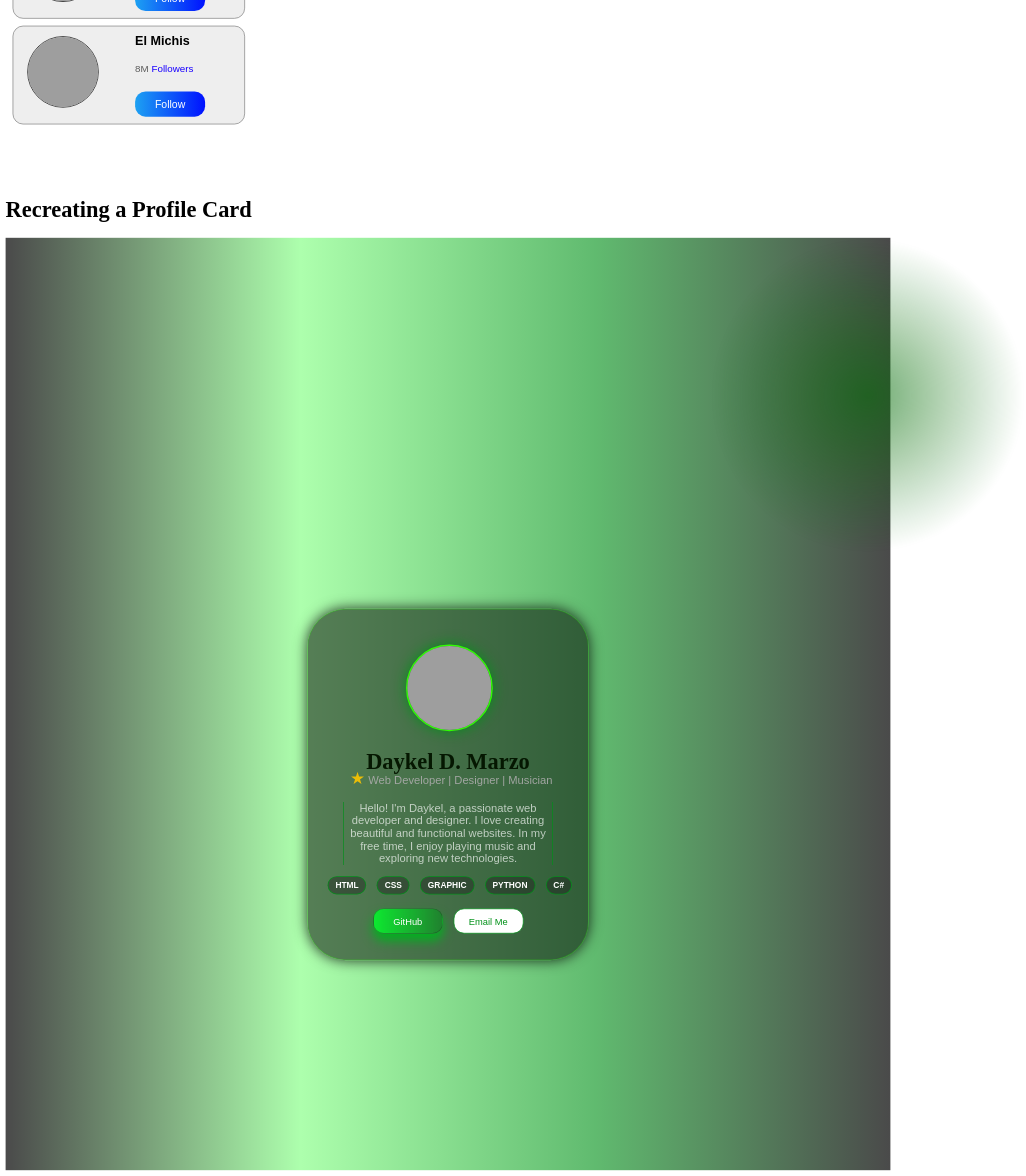
Repository: Yeyolive/WebDev_Collab_2025
Page: Basic_Projects/HTML-CSS course/into-to-html/index.html
These files come from the project's save history. The page is drawn as it stood at one moment and after the next save; the edit follows.
The browser window is 1280 px wide. The page is 1465 px wide, so the pictures cover 1465 px, including what lies to the right of the window. The pictures show the part of the page from y = 3934 to 5614 px (the page is 5614 px tall), at 70% of full size.
Pictures or frames that could not be fetched are drawn as grey boxes.

Above is the page before, as saved 2025-11-26 00:39:26.

### Basic_Projects/HTML-CSS course/into-to-html/index.html
<!DOCTYPE html>
<html lang="en">
  <head>
    <meta charset="UTF-8" />
    <meta http-equiv="X-UA-Compatible" content="IE=edge" />
    <!-- Ensures compatibility with Internet Explorer -->
    <meta name="viewport" content="width=device-width, initial-scale=1.0" />
    <title>HTML-CSS Course</title>
    <link rel="stylesheet" href="styles.css" />
  </head>

  <body>
    <!-- Buttons section-->
    <button class="subscribe">SUBSCRIBE</button>

    <button class="join">JOIN</button>

    <button class="tweet">Tweet</button>
    <br /><br />
    <button class="uber">Request Now</button>

    <button class="Amazon">Add to cart</button>

    <button class="Github">Sign up</button>
    <br /><br />
    <button class="Bootstrap-1">Get started</button>
    <button class="Bootstrap-2">Download</button>

    <button class="Linkedin-1">Apply on company website</button>
    <br /><br />
    <button class="Linkedin-2">Save</button>
    <br /><br /><br />
    <hr />
    <a href="#">Back to Amazon</a>
    <br />
    <h1>Nike Black Running Shoes</h1>
    <p class="price">$39 - in stock.</p>

    <p>Free delivery tomorrow.</p>

    <button class="Amazon-1">Add to cart</button>
    <button class="Amazon-2">Buy now</button>
    <br /><br />
    <hr />
    <!-- Texts section-->
    <p class="video-title">
      Talking Tech and AI with Google CEO Sundar Pichai!
    </p>

    <p class="video-stats">3.4M views &#183; 6 months ago</p>
    <p class="video-author">marques Brownlee &#10003;</p>
    <p class="video-description">
      Lorem ipsum dolor sit amet consectetur adipisicing elit. Distinctio
      sapiente beatae delectus debitis natus architecto amet! Libero facilis
      mollitia, illo, beatae unde non nemo ad commodi repudiandae, qui enim
      dolore.
    </p>
    <br /><br />
    <hr />
    <p class="apple-text">
      Lorem ipsum dolor sit amet consectetur adipisicing elit. Nesciunt,
      impedit. <span class="span-example">Shop Now</span>
    </p>
    <br /><br />
    <hr />
    <!-- Images: CARS SECTION -->
    <div class="car-images">
      <div class="car">
        <img
          src="images/cars/pexels-adrian-dorobantu-989175-2127733.jpg"
          alt="Car 1"
        />
      </div>
      <div class="car">
        <img src="images/cars/pexels-albinberlin-919073.jpg" alt="Car 2" />
      </div>
      <div class="car">
        <img src="images/cars/pexels-avinashpatel-544542.jpg" alt="Car 3" />
      </div>
      <div class="car">
        <img src="images/cars/pexels-cesarperez209-733745.jpg" alt="Car 4" />
      </div>
      <div class="car">
        <img src="images/cars/pexels-hikaique-242125.jpg" alt="Car 5" />
      </div>
      <div class="car">
        <img src="images/cars/pexels-pashal-337909.jpg" alt="Car 7" />
      </div>
      <div class="car">
        <img src="images/cars/pexels-pixabay-248687.jpg" alt="Car 8" />
      </div>
    </div>

    <input class="search-bar" type="text" placeholder="Search" />

    <input
      class="search-bar-2"
      type="text"
      placeholder="Search Google or type a URL"
    />

    <br /><br />
    <hr />
    <!-- Input field -->
    <p class="email-p1">Email</p>
    <input class="email-input" type="email" />

    <p class="email-p2">
      By clicking Agree & Join, you agree to the Privacy Policy.
    </p>

    <button class="agree-and-join">Agree & Join</button>
    <br /><br />
    <hr />
    <!-- Add Friends section-->
    <h1>Practice - Add Friends</h1>
    <br /><br />
    <div class="add-friends">
      <img
        src="images/cars/pexels-adrian-dorobantu-989175-2127733.jpg"
        alt="car1"
      />
      <br />
      <p class="p1">John</p>
      <p class="p2">3 mutual friends</p>
      <button class="add-button">Add Friend</button>
    </div>

    <div class="add-friends">
      <img src="images/cars/pexels-hikaique-242125.jpg" alt="car2" />
      <br />
      <p class="p1">Baker</p>
      <p class="p2">5 mutual friends</p>
      <button class="add-button">Add Friend</button>
    </div>

    <div class="add-friends">
      <img src="images/cars/pexels-pixabay-248687.jpg" alt="car3" />
      <br />
      <p class="p1">Leo</p>
      <p class="p2">4 mutual friends</p>
      <button class="add-button">Add Friend</button>
    </div>
    <br /><br /><br />
    <hr />
    <!-- Vertical layout practice-->
    <h1>Vertical layout Practice</h1>
    <br /><br />
    <div class="profiles">
      <div class="cats-profile">
        <div class="cat1">
          <img
            class="cat-img"
            src="images/pexels-pixabay-69932.jpg"
            alt="cat image"
          />
        </div>
      </div>

      <div class="cat-info">
        <p class="cat-name">Benny</p>
        <p class="cat-popularity"><span>1.7M</span> Followers</p>
        <button class="follow-button">Follow</button>
      </div>
    </div>

    <div class="profiles">
      <div class="cats-profile">
        <div class="cat2">
          <img
            class="cat-img"
            src="https://images.pexels.com/photos/68594/pexels-photo-68594.jpeg"
            alt="cat image"
          />
        </div>
      </div>

      <div class="cat-info">
        <p class="cat-name">Rendi</p>
        <p class="cat-popularity"><span>3.2M</span> Followers</p>
        <button class="follow-button">Follow</button>
      </div>
    </div>

    <div class="profiles">
      <div class="cats-profile">
        <div class="cat3">
          <img
            class="cat-img"
            src="https://images.pexels.com/photos/33537/cat-animal-cat-portrait-mackerel.jpg"
            alt="cat image"
          />
        </div>
      </div>

      <div class="cat-info">
        <p class="cat-name">Mario</p>
        <p class="cat-popularity"><span>10M</span> Followers</p>
        <button class="follow-button">Follow</button>
      </div>
    </div>
    <div class="profiles">
      <div class="cats-profile">
        <div class="cat4">
          <img
            class="cat-img"
            src="https://images.pexels.com/photos/86243/pexels-photo-86243.jpeg"
            alt="cat image"
          />
        </div>
      </div>

      <div class="cat-info">
        <p class="cat-name">Rodolf</p>
        <p class="cat-popularity"><span>4.7M</span> Followers</p>
        <button class="follow-button">Follow</button>
      </div>
    </div>

    <div class="profiles">
      <div class="cats-profile">
        <div class="cat5">
          <img
            class="cat-img"
            src="https://images.pexels.com/photos/302280/pexels-photo-302280.jpeg"
            alt="cat image"
          />
        </div>
      </div>

      <div class="cat-info">
        <p class="cat-name">El Michis</p>
        <p class="cat-popularity"><span>8M</span> Followers</p>
        <button class="follow-button">Follow</button>
      </div>
    </div>
    <br /><br />
    <br /><br />
    <h1>Recreating a Profile Card</h1>
    <!--PROFILE CARD-->
    <div class="profile-card">
      <div class="glow-circle"></div>
      <div class="avatar">
        <img
          class="avatar-pic"
          src="https://images.pexels.com/photos/1681010/pexels-photo-1681010.jpeg"
          alt="profile picture"
        />
        <h1 class="avatar-name">Daykel D. Marzo</h1>
        <p class="avatar-roles">
          <span class="profile-symbols">&#9733;</span>
          Web Developer | Designer | Musician
        </p>
        <p class="avatar-description">
          Hello! I'm Daykel, a passionate web developer and designer. I love
          creating beautiful and functional websites. In my free time, I enjoy
          playing music and exploring new technologies.
        </p>
        <ul class="skill-tags">
          <li><p>HTML</p></li>
          <li><p>CSS</p></li>
          <li><p>Graphic</p></li>
          <li><p>Python</p></li>
          <li><p>C#</p></li>
        </ul>

        <div class="avatar-buttons">
          <button class="button-1">GitHub</button>
          <button class="button-2">Email Me</button>
      </div>
    </div>
  </body>
</html>

### Basic_Projects/HTML-CSS course/into-to-html/styles.css
/* === buttons === */
.subscribe {
  border: none;
  height: 36px;
  background: rgb(200, 0, 0);
  color: white;
  font-size: 15px;
  cursor: pointer;
  margin-right: 10px;
  transition: opacity 0.3s;
}

.subscribe:hover {
  opacity: 0.7;
}

.subscribe:active {
  opacity: 0.6;
}

.join {
  border: 1px solid blue;
  height: 36px;
  width: 74px;
  color: blue;
  font-size: 15px;
  background: white;
  border-radius: 2px;
  cursor: pointer;
  margin-right: 10px;
  transition: background-color 0.4s, color 0.4s;
}

.join:hover {
  background: blue;
  color: white;
}

.join:active {
  opacity: 0.7;
}

.tweet {
  border: none;
  border-radius: 18px;
  height: 36px;
  width: 74px;
  background: #1d9bf0;
  color: white;
  cursor: pointer;
  font-weight: bold;
  font-size: 15px;
  transition: background-color 0.4s, color 0.4s;
}

.tweet:hover {
  box-shadow: 5px 5px 10px rgba(0, 0, 0, 0.414);
}

.uber {
  background: black;
  color: white;
  border: none;
  height: 36px;
  width: 115px;
  cursor: pointer;
  transition: background-color 0.4s, color 0.4s;
}

.uber:hover {
  opacity: 0.7;
}

.Amazon {
  background: rgb(255, 216, 20);
  color: rgb(0, 0, 0);
  border: none;
  border-radius: 18px;
  height: 30px;
  width: 150px;
  margin-left: 10px;
  margin-right: 10px;
  cursor: pointer;
  transition: background-color 0.4s, color 0.4s;
}

.Amazon:hover {
  background: rgb(255, 153, 36);
}

.Github {
  background: rgb(46, 164, 79);
  color: white;
  border: none;
  padding-left: 10px;
  padding-right: 10px;
  padding-top: 10px;
  padding-bottom: 10px;
  margin-left: 10px;
  margin-right: 10px;
  border-radius: 7px;
  font-weight: bold;
  cursor: pointer;
  transition: padding 0.15s, margin 0.15s, background-color 0.4s, color 0.4s;
}

.Github:hover {
  background: rgb(36, 124, 59);
  padding-left: 25px;
  padding-right: 25px;
  margin-left: 0px;
  margin-right: 0px;
}

.Bootstrap-1 {
  background: rgb(121, 82, 179);
  color: white;
  border: none;
  border-radius: 5px;
  height: 36px;
  width: 110px;
  font-weight: bold;
  margin-right: 10px;
  cursor: pointer;
  transition: background-color 0.4s, color 0.4s;
}

.Bootstrap-1:hover {
  background: rgb(51, 26, 88);
}
.Bootstrap-2 {
  background: white;
  color: rgb(108, 117, 125);
  font-weight: bold;
  border: 1px solid rgb(108, 117, 125);
  height: 36px;
  width: 110px;
  border-radius: 5px;
  margin-right: 10px;
  cursor: pointer;
  transition: background-color 0.4s, color 0.4s;
}
.Bootstrap-2:hover {
  background: rgb(108, 117, 125);
  color: white;
  width: 130px;
}

.Linkedin-1 {
  background: rgb(10, 102, 194);
  color: white;
  border: none;
  border-radius: 15px;
  font-weight: bold;
  height: 36px;
  width: 210px;
  cursor: pointer;
  transition: background-color 0.4s, color 0.4s;
}

.Linkedin-1:hover {
  background: rgb(6, 61, 116);
}

.Linkedin-2 {
  background: white;
  color: rgb(10, 102, 194);
  font-weight: bold;
  border: 1px solid rgb(10, 102, 194);
  height: 36px;
  width: 90px;
  border-radius: 15px;
  cursor: pointer;
  font-size: 14px;
  margin-bottom: 50px;
  transition: background-color 0.4s, color 0.4s;
}

.Linkedin-2:hover {
  background: rgba(55, 146, 250, 0.307);
  color: rgb(10, 102, 194);
  border: 1px solid rgb(10, 102, 194);
}

a {
  color: rgb(22, 75, 33);
}

a:hover {
  text-decoration: none;
  color: rgb(30, 255, 0);
}

.Amazon-1 {
  background: rgb(255, 216, 20);
  color: rgb(0, 0, 0);
  border: none;
  border-radius: 18px;
  height: 30px;
  width: 120px;
  cursor: pointer;
  transition: background-color 0.4s, color 0.4s;
}
.Amazon-1:hover {
  background: rgb(255, 153, 36);
  margin-right: 20px;
  border-top-right-radius: 25px;
}

.Amazon-2 {
  background: rgb(255, 153, 36);
  color: rgb(0, 0, 0);
  border: none;
  border-radius: 18px;
  height: 30px;
  width: 120px;
  cursor: pointer;
  transition: background-color 0.4s, color 0.4s;
}
.Amazon-2:hover {
  background: rgb(255, 216, 20);
  margin-left: 20px;
  border-top-left-radius: 25px;
  border-bottom-right-radius: 25px;
  font-style: italic;
}

.price {
  color: green;
  font-weight: bold;
}

/* === video ===== */

p {
  font-family: Arial, Helvetica, sans-serif;
  margin-top: 0;
  margin-bottom: 0;
}
.video-title {
  font-size: 18px;
  font-weight: bold;
  width: 300px;
  line-height: 24px;
  margin-bottom: 5px;
}

.video-stats {
  font-size: 14px;
  color: rgb(96, 96, 96);
  margin-top: 0;
  margin-bottom: 20px;
}

.video-author {
  font-size: 14px;
  color: rgb(96, 96, 96);
  margin-top: 0;
  margin-bottom: 20px;
}

.video-description {
  font-size: 14px;
  color: rgb(96, 96, 96);
  width: 300px;
  line-height: 22px;
  margin-top: 0;
}

.apple-text {
  margin-bottom: 50px;
  font-size: 14px;
  font-weight: bold;
  background-color: rgb(227, 65, 64);
  color: white;
  text-align: center;
  padding: 20px 10px;
}

.span-example {
  color: rgb(255, 255, 255);
  cursor: pointer;
  margin-left: 10px;
  border: 2px solid rgb(255, 255, 255);
  padding: 10px;
  background: linear-gradient(
    to right,
    rgb(0, 0, 0),
    rgb(255, 1, 1),
    rgb(255, 153, 36)
  );
  border-radius: 20px;
}

.span-example:hover {
  opacity: 0.7;
}

.span-example:active {
  opacity: 0.6;
}

/* === images === */

img {
  width: 300px;
  height: 200px;
  border: 2px solid black;
  border-radius: 10px;
  object-fit: cover;
  border-bottom-left-radius: 0px;
  border-bottom-right-radius: 0px;
  border-bottom: 1px solid rgb(55, 6, 250);
}

.search-bar {
  width: 200px;
  height: 30px;
  margin: 20px;
  font-size: 20px;
  padding: 10px 20px;
  border: 1px solid grey;
  border-radius: 10px;
  display: block;
}

.search-bar-2 {
  width: 450px;
  padding: 12px 10px;
  margin-left: 5px;
  font-size: 18px;
  border: none;
  border-radius: 20px;
  box-shadow: 0px 0px 5px rgba(0, 0, 0, 0.2);
  display: block;
}

.search-bar-2:focus {
  outline: none;
  box-shadow: 0px 0px 8px rgba(0, 85, 255, 0.738);
}

.search-bar-2:hover {
  box-shadow: 0px 0px 8px rgba(0, 85, 255, 0.738);
  cursor: pointer;
}

.email-p1 {
  color: rgb(56, 55, 55);
}

.email-p2 {
  color: rgb(56, 55, 55);
  width: 405px;
  font-size: 15px;
}

.email-input {
  width: 350px;
  border: 1.5px solid black;
  border-radius: 5px;
  padding: 10px;
  cursor: pointer;
}

.email-input:focus {
  outline: none;
  box-shadow: 0px 0px 8px rgba(0, 85, 255, 0.738);
}

.agree-and-join {
  padding: 15px 60px;
  width: 20%;
  font-size: 20px;
  color: white;
  border: none;
  border-radius: 25px;
  background-color: rgb(10, 102, 194);
  cursor: pointer;
  transition: background-color 0.4s, color 0.4s;
}

.agree-and-join:hover {
  background: rgb(6, 61, 116);
}

.add-friends {
  display: inline-block;
  margin: 10px;
  padding: 0px 0px 15px 0px;
  background: linear-gradient(to right, #b9b9b9, #ffffff, #d0d0d0);
  box-shadow: 5px 5px 10px rgba(74, 76, 74, 0.612);
  font-size: 18px;
  border: 1px solid black;
  border-radius: 10px;
}

.add-friends:hover {
  transform: translateY(-5px);
  transition: box-shadow 0.3s ease, transform 0.3s ease;
}

.add-friends .p1 {
  font-size: 20px;
  color: rgb(0, 123, 255);
  font-weight: bold;
  padding-left: 10px;
  text-align: center;
}

.add-friends .p2 {
  font-size: 20px;
  color: rgb(0, 0, 0);
  font-weight: bold;
  padding-left: 10px;
  text-align: center;
}

.add-button {
  background: rgb(0, 123, 255);
  color: white;
  border: none;
  border-radius: 15px;
  margin-left: 80px;
  height: 36px;
  width: 150px;
  cursor: pointer;
  transition: background-color 0.4s, color 0.4s;
}

.add-button:hover {
  background: rgb(0, 82, 178);
}

.cats-profile {
  display: inline-block;
  width: 50px;
}
.cat-info {
  display: inline-block;
  width: 100px;
}

.cat-img {
  border-radius: 100%;
  border: 1px solid black;
  width: 100px;
  height: 100px;
  object-fit: cover;
}

.cat-img:hover {
  box-shadow: 5px 5px 10px rgba(13, 0, 255, 0.416);
  cursor: pointer;
}
.cat-name {
  font-size: 18px;
  width: 150px;
  font-weight: bolder;
  display: inline-block;
  padding-left: 100px;
  margin-bottom: 20px;
}

.cat-popularity {
  font-size: 14px;
  color: rgb(25, 0, 255);
  width: 150px;
  display: inline-block;
  padding-bottom: 5px;
  padding-left: 100px;
  margin-bottom: 20px;
}

.follow-button {
  background: linear-gradient(to right, #1da1f2, #0011ff);
  color: white;
  border: none;
  font-size: 15px;
  border-radius: 15px;
  margin-left: 100px;
  height: 36px;
  width: 100px;
  cursor: pointer;
  transition: background-color 0.4s, color 0.4s;
}

.follow-button:hover {
  background: linear-gradient(to right, #0873b5, #01019c);
}

.follow-button:active {
  opacity: 0.7;
}

.profiles {
  background: rgba(158, 158, 158, 0.175);
  padding: 10px 60px 10px 20px;
  width: 250px;
  border: 1px solid grey;
  border-radius: 15px;
  display: block;
  margin: 10px;
}

span {
  color: rgb(92, 92, 92);
}

/* === Simple Profile Card Styles === */
/* Container for the profile card */
.glow-circle {
  position: relative;
  width: 450px;
  height: 450px;
  background: radial-gradient(circle, rgba(1, 108, 3, 0.567), transparent 70%);
  filter: blur(2px);
  top: -300px;
  left: 600px;
  pointer-events: none;
}
.profile-card {
  background: linear-gradient(
    to right,
    rgba(0, 0, 0, 0.711),
    rgba(0, 255, 0, 0.323),
    rgba(0, 145, 24, 0.623),
    rgba(0, 0, 0, 0.711)
  );
  padding: 300px;
  display: grid;
  place-items: center;
}

.avatar {
  padding: 50px;
  margin-top: -220px;
  background: rgba(0, 0, 0, 0.5);
  width: 300px;
  height: 400px;
  border-radius: 55px;
  border: 1px solid rgba(43, 255, 0, 0.31);
  box-shadow: 0px 0px 20px rgba(0, 0, 0, 0.8);
}

.avatar-pic {
  border-radius: 50%;
  width: 120px;
  height: 120px;
  object-fit: cover;
  margin-left: 90px;
  border: 2px solid rgb(47, 255, 0);
  box-shadow: 0px 0px 20px rgba(0, 145, 24, 0.921);
}

.avatar-roles {
  margin-top: -30px;
  margin-bottom: 20px;
  color: rgba(170, 170, 170, 0.921);
}

.avatar-name {
  font-size: 32px;
  font-weight: bold;
  color: rgb(5, 23, 1);
  text-align: center;
}

.avatar-description {
  text-align: center;
  color: rgba(255, 255, 255, 0.673);
  border-left: 1px solid rgba(0, 145, 24, 0.921);
  border-right: 1px solid rgba(0, 145, 24, 0.921);
}

.profile-symbols {
  margin-left: 10px;
  color: rgba(249, 195, 0, 0.921);
  font-size: 24px;
}

.skill-tags {
  display: flex;
  gap: 10px;
  list-style: none;
  margin-right: 10px;
  justify-content: center;
  padding-right: 20px;
}

.skill-tags li {
  background: rgba(30, 30, 30, 0.422);
  border: 1px solid rgba(0, 145, 24, 0.921);
  color: white;
  font-size: 12px;
  padding: 5px 10px;
  text-align: center;
  border-radius: 20px;
  text-transform: uppercase;
  font-weight: bold;
  display: inline-block;
  justify-content: center;
  margin-right: 5px;
}

.button-1 {
  background: linear-gradient(
    to right,
    rgba(0, 255, 42, 0.836),
    rgba(0, 145, 24, 0.521)
  );
  color: white;
  border: 1px solid rgba(28, 28, 28, 0.308);
  border-radius: 15px;
  height: 36px;
  width: 100px;
  cursor: pointer;
  transition: background-color 0.4s, color 0.4s;
  box-shadow: 0px 10px 15px rgb(0, 178, 30);
}

.button-1:hover {
  background: linear-gradient(
    to right,
    rgba(0, 145, 24, 0.836),
    rgba(0, 255, 42, 0.521)
  );
}

.button-1:active {
  opacity: 0.7;
}

.button-2 {
  background: white;
  color: rgb(0, 145, 24);
  border: 1px solid rgb(0, 145, 24);
  border-radius: 15px;
  height: 36px;
  width: 100px;
  cursor: pointer;
  transition: background-color 0.4s, color 0.4s;
}
.button-2:hover {
  background: rgba(0, 145, 24, 0.1);
}
.button-2:active {
  opacity: 0.7;
}

.avatar-buttons {
  display: flex;
  gap: 15px;
  justify-content: center;
  margin-top: 20px;
}

After the next save:
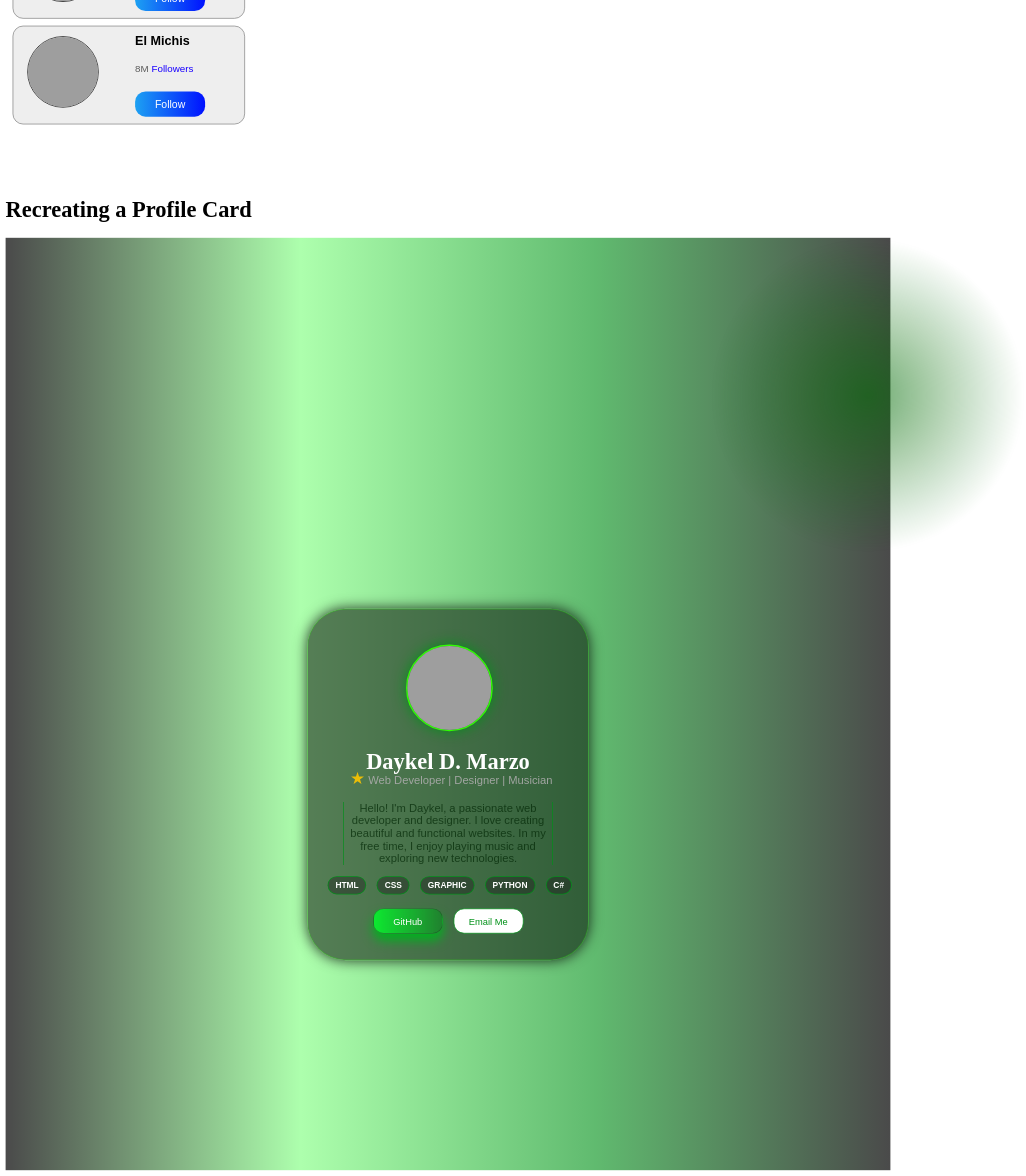
Saved 12 s later.
--- a/Basic_Projects/HTML-CSS course/into-to-html/styles.css
+++ b/Basic_Projects/HTML-CSS course/into-to-html/styles.css
@@ -562,13 +562,13 @@ span {
 .avatar-name {
   font-size: 32px;
   font-weight: bold;
-  color: rgb(5, 23, 1);
+  color: rgb(255, 255, 255);
   text-align: center;
 }
 
 .avatar-description {
   text-align: center;
-  color: rgba(255, 255, 255, 0.673);
+  color: rgba(1, 38, 4, 0.673);
   border-left: 1px solid rgba(0, 145, 24, 0.921);
   border-right: 1px solid rgba(0, 145, 24, 0.921);
 }
